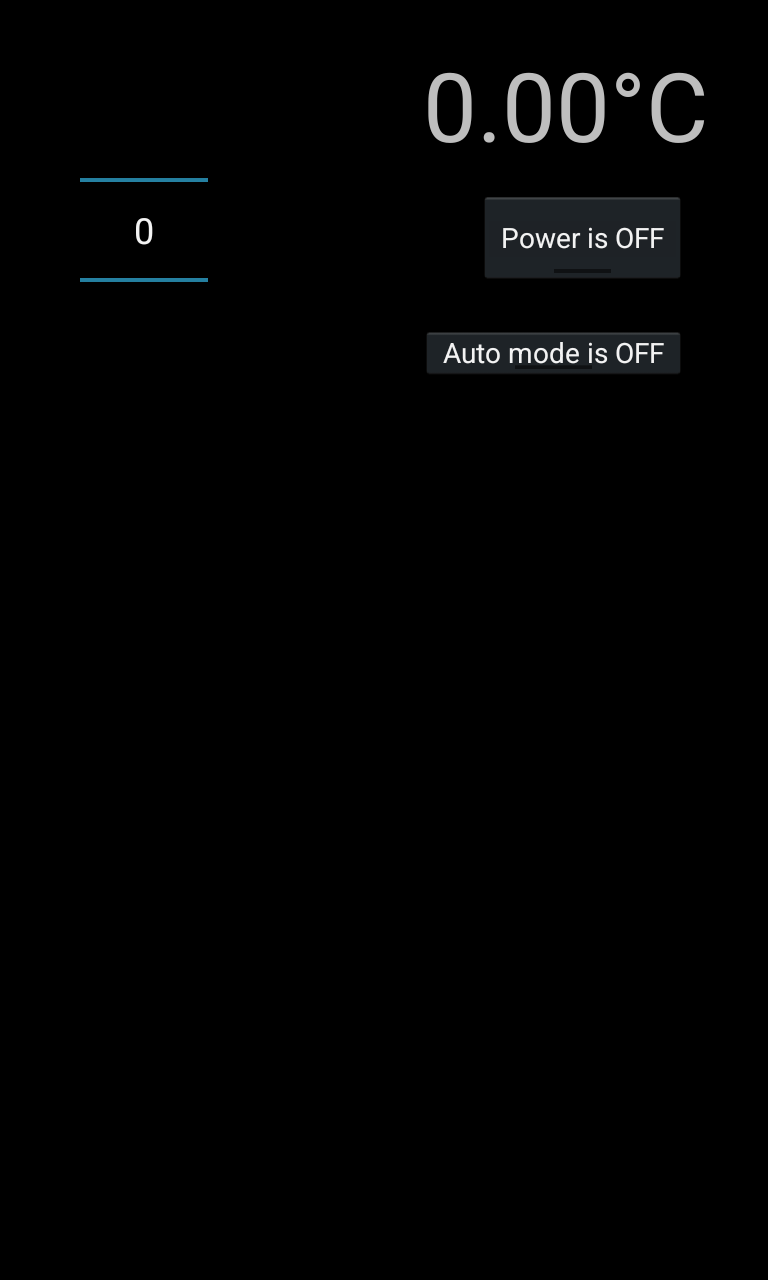
Repository: deanzaka/Embedded-Freezmo
Layout: Embedded-Freezmo/applications/IOIOSimpleApp/res/layout/main.xml
The author's editor kept a copy of each file at every save. The layout is drawn from the files as they stood at one save, then again after the next save.
It is drawn on a 768 x 1280 px phone screen (xhdpi) without system bars, with theme android:Theme.Holo; the app's code is not run.

Above is the layout before, as saved 2014-06-11 22:50:28.

After the next save:
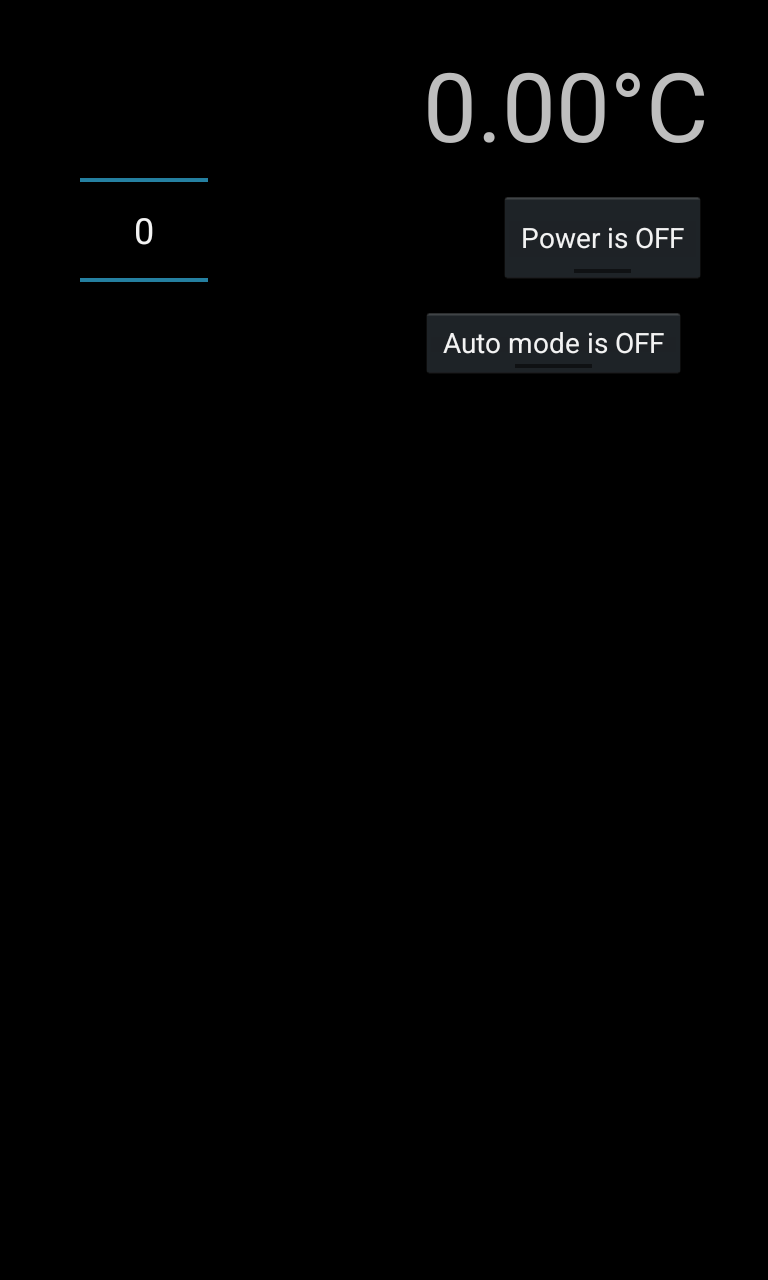
Saved 55 s later.
--- a/Embedded-Freezmo/applications/IOIOSimpleApp/res/layout/main.xml
+++ b/Embedded-Freezmo/applications/IOIOSimpleApp/res/layout/main.xml
@@ -55,7 +55,7 @@
 					android:id="@+id/ToggleOn"
 					android:layout_width="wrap_content"
 					android:layout_height="wrap_content"
-					android:layout_margin="10dp"
+					android:layout_marginTop="10dp"
 					android:textOff="Power is OFF"
 					android:textOn="Power mode is ON"
 					android:layout_gravity="right"
